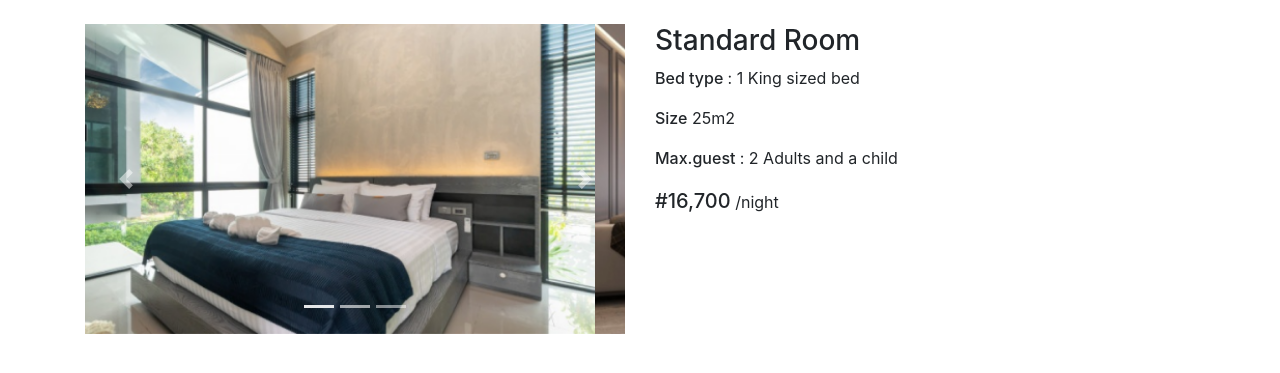
Repository: Syfon01/hotel-website
Page: room.html
An editor plug-in stored every save of this project. The page is shown before and after the next save, followed by the edit.
The browser window is 1280 px wide. The pictures show the whole page.

Above is the page before, as saved 2020-06-08 15:31:42.

### room.html
<!doctype html>
<html lang="en">
  <head>
    <title>Title</title>
    <!-- Required meta tags -->
    <meta charset="utf-8">
    <meta name="viewport" content="width=device-width, initial-scale=1, shrink-to-fit=no">

    <!-- Bootstrap CSS -->
    <link rel="stylesheet" href="https://stackpath.bootstrapcdn.com/bootstrap/4.3.1/css/bootstrap.min.css" integrity="sha384-ggOyR0iXCbMQv3Xipma34MD+dH/1fQ784/j6cY/iJTQUOhcWr7x9JvoRxT2MZw1T" crossorigin="anonymous">
    <link rel="stylesheet" href="room.css">
  </head>
  <body>
      <div class="container">
        <div class="row py-4">
          <div class="col-md-6 col-lg-6 col-12 col-sm-12">
            <div id="carouselExampleIndicators" class="carousel slide" data-ride="carousel">
              <ol class="carousel-indicators">
                <li data-target="#carouselExampleIndicators" data-slide-to="0" class="active"></li>
                <li data-target="#carouselExampleIndicators" data-slide-to="1"></li>
                <li data-target="#carouselExampleIndicators" data-slide-to="2"></li>
              </ol>
              <div class="carousel-inner">
                <div class="carousel-item active">
                  <img src="./img/hotel1.png" class="d-block w-100" alt="...">
                </div>
                <div class="carousel-item">
                  <img src="./img/hotel2.png" class="d-block w-100" alt="...">
                </div>
                <div class="carousel-item">
                  <img src="./img/hotel3.png" class="d-block w-100" alt="...">
                </div>
              </div>
              <a class="carousel-control-prev" href="#carouselExampleIndicators" role="button" data-slide="prev">
                <span class="carousel-control-prev-icon" aria-hidden="true"></span>
                <span class="sr-only">Previous</span>
              </a>
              <a class="carousel-control-next" href="#carouselExampleIndicators" role="button" data-slide="next">
                <span class="carousel-control-next-icon" aria-hidden="true"></span>
                <span class="sr-only">Next</span>
              </a>
            </div>
          </div>
          <div class="col-md-6 col-lg-6 col-12 col-sm-12">
            <h3 class="text-purple">Standard Room</h3>
            <p class="text-purple"><span class="p-font-weight">Bed type </span>: 1 King sized bed</p>
            <p class="text-purple"><span class="p-font-weight">Size</span> 25m2</p>
            <p class="text-purple"><span class="p-font-weight">Max.guest </span>: 2 Adults and a child</p>
            <p class="text-purple"><span class="p-font-weight p-20">#16,700</span> /night</p>
            <button class="btn btn-purple">Book Now</button>
          </div>
        </div>
      </div>
    <!-- Optional JavaScript -->
    <!-- jQuery first, then Popper.js, then Bootstrap JS -->
    <script src="https://code.jquery.com/jquery-3.3.1.slim.min.js" integrity="sha384-q8i/X+965DzO0rT7abK41JStQIAqVgRVzpbzo5smXKp4YfRvH+8abtTE1Pi6jizo" crossorigin="anonymous"></script>
    <script src="https://cdnjs.cloudflare.com/ajax/libs/popper.js/1.14.7/umd/popper.min.js" integrity="sha384-UO2eT0CpHqdSJQ6hJty5KVphtPhzWj9WO1clHTMGa3JDZwrnQq4sF86dIHNDz0W1" crossorigin="anonymous"></script>
    <script src="https://stackpath.bootstrapcdn.com/bootstrap/4.3.1/js/bootstrap.min.js" integrity="sha384-JjSmVgyd0p3pXB1rRibZUAYoIIy6OrQ6VrjIEaFf/nJGzIxFDsf4x0xIM+B07jRM" crossorigin="anonymous"></script>
  </body>
</html>

### room.css
.text-purple:{
 color: #333333
}
.p-font-weight{
  font-weight: 500;
}
.p-20{
  font-size: 20px;
}
p{
  line-height: ;
}
.btn-purple{
  background-color: ##191341;
  color: #fff;
}

After the next save:
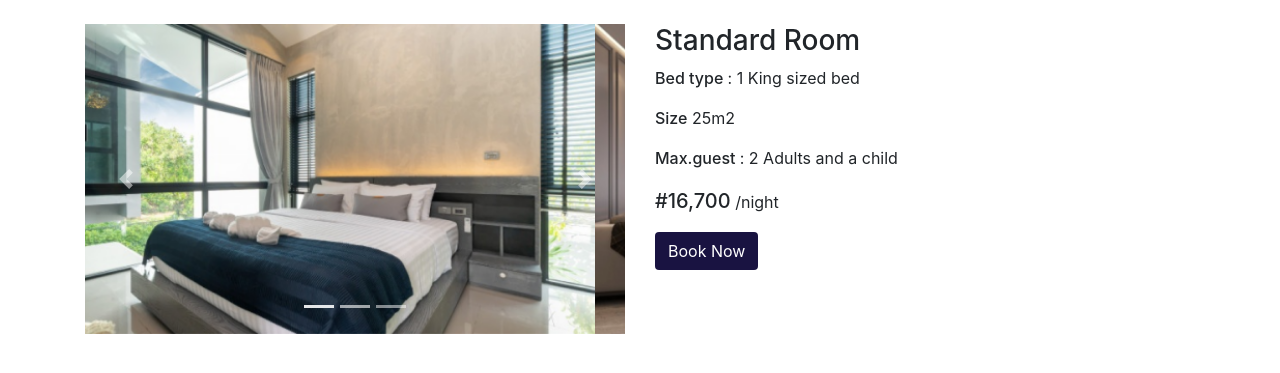
Saved 4 s later.
--- a/room.css
+++ b/room.css
@@ -11,6 +11,6 @@ p{
   line-height: ;
 }
 .btn-purple{
-  background-color: ##191341;
+  background-color: #191341;
   color: #fff;
 }
